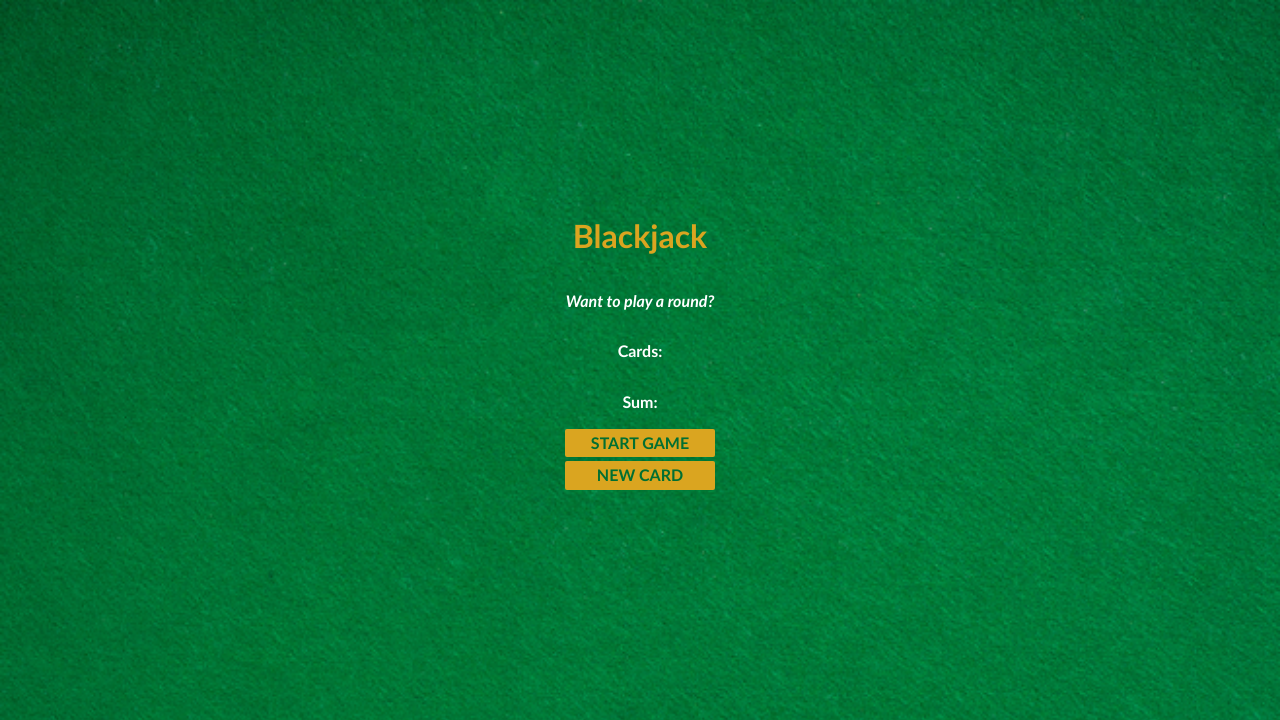
Repository: raghhavv03/javascript-practice
Page: task-5/index.html
An editor plug-in stored every save of this project. The page is shown before and after the next save, followed by the edit.
The browser window is 1280 px wide. The pictures show the whole page.

Above is the page before, as saved 2026-02-09 20:41:29.

### task-5/index.html
<!DOCTYPE html>
<html>
    <head>
        <link rel="stylesheet" href="https://cdnjs.cloudflare.com/ajax/libs/normalize/8.0.1/normalize.css">
        <link rel="stylesheet" href="./style.css">
        <script src="./index.js" defer></script>
        <title>Task 5</title>
    </head>
    <body>
        <h1>Blackjack</h1>

        <p id="message-el">Want to play a round?</p>
        <p id="cards-el">Cards:</p>
        <p id="sum-el">Sum:</p>

        <button onclick="startGame()">START GAME</button>
        <button onclick="newCard()">NEW CARD</button>

        <p id="player-el"></p>
    </body>
</html>

### task-5/style.css
body {
    font-family: 'Trebuchet MS', 'Lucida Sans Unicode', 'Lucida Grande', Arial, sans-serif;
    background-image: url("images/table.png");
    background-size: cover;
    font-weight: bold;
    color: white;
    display: flex;
    flex-direction: column;
    justify-content: center;
    align-items: center;
    height: 100vh;
}

h1 {
    font-size: ;
    color: goldenrod;
}

#message-el {
    font-style: italic;
}

button {
    color: #016f32;
    width: 150px;
    background: goldenrod;
    padding-top: 5px;
    padding-bottom: 5px;
    font-weight: bold;
    border: none;
    border-radius: 2px;
    margin-bottom: 2px;
    margin-top: 2px;
}

### task-5/index.js
const cards = [
  { img: "./images/card-a.png", value: 11 },
  { img: "./images/card-2.png", value: 2 },
  { img: "./images/card-3.png", value: 3 },
  { img: "./images/card-4.png", value: 4 },
  { img: "./images/card-5.png", value: 5 },
  { img: "./images/card-6.png", value: 6 },
  { img: "./images/card-7.png", value: 7 },
  { img: "./images/card-8.png", value: 8 },
  { img: "./images/card-9.png", value: 9 },
  { img: "./images/card-10.png", value: 10 },
  { img: "./images/card-j.png", value: 10 },
  { img: "./images/card-q.png", value: 10 },
  { img: "./images/card-k.png", value: 10 }
]

After the next save:
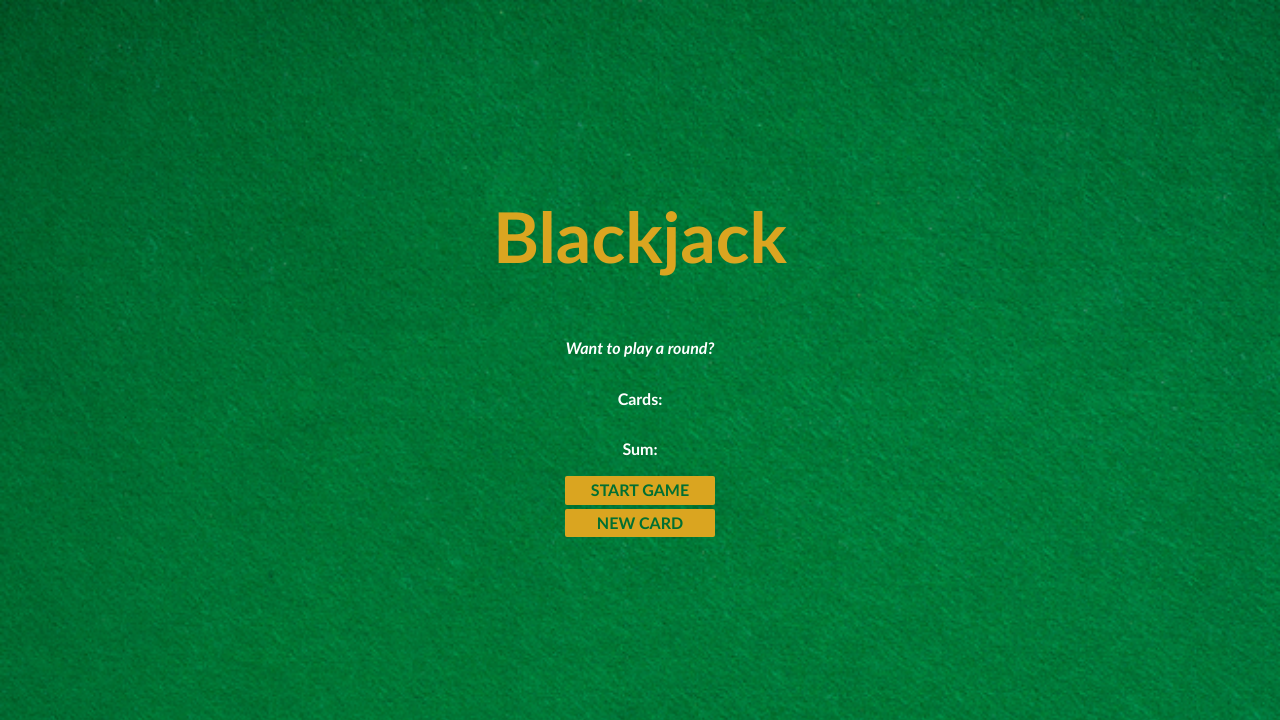
Saved 5 s later.
--- a/task-5/style.css
+++ b/task-5/style.css
@@ -12,7 +12,7 @@ body {
 }
 
 h1 {
-    font-size: ;
+    font-size: 70px;
     color: goldenrod;
 }
 
